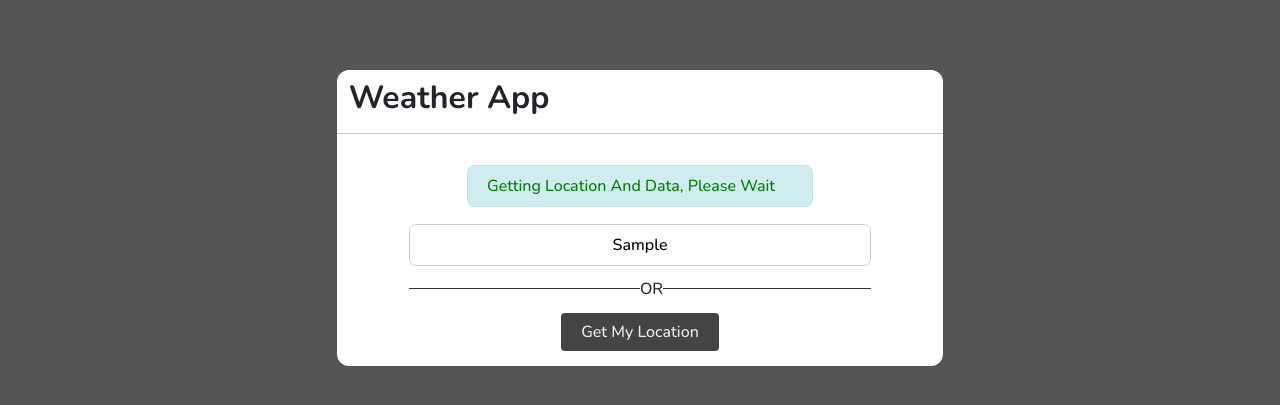
Repository: youssef168/Weather-App
Page: index.htm
The author's editor kept a copy of each file at every save. The page is drawn from the files as they stood at one save, then again after the next save.
The browser window is 1280 px wide. The pictures show the whole page.
Empty fields were first filled with sample values (such as "Sample", 5 or name@example.com).
After loading, the first visible `input.input-super` was changed once.
The page's requests for data from a server got no answer.

Above is the page before, as saved 2021-12-28 22:58:27.

### index.htm
<!DOCTYPE html>
<html lang="en">
<head>
    <meta charset="UTF-8">
    <meta http-equiv="X-UA-Compatible" content="IE=edge">
    <meta name="viewport" content="width=device-width, initial-scale=1.0">
    <link href="https://cdn.jsdelivr.net/npm/bootstrap@5.1.3/dist/css/bootstrap.min.css" rel="stylesheet" integrity="sha384-1BmE4kWBq78iYhFldvKuhfTAU6auU8tT94WrHftjDbrCEXSU1oBoqyl2QvZ6jIW3" crossorigin="anonymous">
    <link rel="preconnect" href="https://fonts.googleapis.com">
    <link rel="preconnect" href="https://fonts.gstatic.com" crossorigin>
    <link href="https://fonts.googleapis.com/css2?family=Nunito:ital,wght@0,300;0,500;0,600;0,700;0,900;1,200;1,300;1,400;1,500;1,700&family=Work+Sans:ital,wght@1,400;1,600&display=swap" rel="stylesheet">
    <link rel="stylesheet" href="./style.css">
    <link href='https://unpkg.com/boxicons@2.1.1/css/boxicons.min.css' rel='stylesheet'>

    <title>Document</title>
</head>
<body>
    <div class="container">
        <div class='row super'>
            <h2>Weather App</h2>
            <hr>
          <div id="Special" class='col '>
              <div class="wearher-img">
                  <img class="w-100" src="./Umbrella-rafiki.svg" alt="">
              </div>
              <div class="weather-details">
                  <span class="degree">18</span>
                  <span class="sign">°</span>
                  <span class="sign-2">
                    C
                  </span>
                  <h4>Broken Cold</h4>
              </div>
              <div class="location">
                <i class='bx bx-map-alt'></i>
                <span>Shubra,Cairo</span>
              </div>
              <div class="detail-box">
                  <div class="column fellLike">
                      <i class='bx bxs-thermometer'></i>
                      <div class="innerFeild "></
                        <span class="degree-2">18°C</span>

                        <div>Feels like</div>
                    </div>
                  </div>
                  <div class="column Humidity">
                    <i class='bx bxs-droplet'></i>
                    <div class="innerFeild">
                        <span class="degree-2">
                            63%</span>
                            <h6>Humidity</h6>
                    </div>
                  </div>
              </div>
            </div>
            <div class="col super-x active">
                <div class="wating ">
                    Wating
                </div>
                <div class="faild">
                    Faild
                </div>
                <div class="input">
                    <input class="input-super" type="text" placeholder="Enter Your City Name">
                </div>
                <div class="bot-button mt-4">
                    <button class="btn">Get My Location</button>
                </div>
            </div>
        </div>
    </div>


    <script src="./script.js"></script>
    <script src="https://cdn.jsdelivr.net/npm/bootstrap@5.1.3/dist/js/bootstrap.bundle.min.js" integrity="sha384-ka7Sk0Gln4gmtz2MlQnikT1wXgYsOg+OMhuP+IlRH9sENBO0LRn5q+8nbTov4+1p" crossorigin="anonymous"></script>
</body>
</html>

### style.css
/* Start Global Rules */
body {
    font-family: 'Nunito', sans-serif;
    background: #555

}



.super {
    margin: auto;
    margin-top: 70px;
    width: fit-content;
    background: #fff;
    border-radius: 12px;
    /* background-image: url('./blob.svg');
    background-repeat: no-repeat;
    background-size: covere; */
}

/* end Global Rules */

h2 {
    font-weight: bold !important;
    /* font-size: 3.6rem !important; */
    line-height: 55px ;
}

.container {
    padding: 0;
}

.wearher-img {
    width: 330px;
}

.col {
    padding: 15px;
    display: flex ;
    flex-direction: column;
    justify-content: center;
    align-items: center;
    display: none;
}

.col.active {
    display: flex;
}

/* .col.active .super-x {
    display: none;
} */



.weather-details {
    font-size: 60px;
    font-weight: bold;
}

.sign {
    margin-left: -5px;
}

.weatherStatus {
    font-weight: bolder;
    font-size: 1.8rem;
    text-align: center;
    margin: auto;
}

.location {
    font-size: 1.4rem;
    display: flex;
    align-items: center;
    background-color: #407BFF;
    padding: 5px 13px;
    color: #fff;
    border-radius: 8px;
    justify-content:center;
    margin-bottom: 15px;
}

.location .bx-map-alt {
    margin-right: 8px;
}

.detail-box {
    display: flex;
    border-top: 1px solid #ccc;
    width: 100%;
    justify-content: space-between;
}

.detail-box .column {
    width: 100%;
    display: flex;
    justify-content: center;
    padding: 16px 0 0;
}

.innerFeild {
    display: flex;
    flex-direction: column;
}

.column i {
    margin-top: 5px;
    font-size: 40px;
}

.super-x {
    padding: 15px;
    display: flex ;
    flex-direction: column;
    justify-content: center;
    align-items: center;
}


.input-super {
    padding: 8px 30px;
    text-align: center;
    outline: none;
    border: 1px solid #ccc;
    border-radius: 7px;
    width: 100%;
    margin-bottom: 22px;
}

.input {
    border-bottom: 1px solid #333;
    width: 80%;
    position: relative;
}

.input::after {
    content: "OR";
    position: absolute;
    bottom: -12.5px;
    left: 50%;
    background: #fff
}

.bot-button button {
    background: #444;
    color: #eee;
    padding: 6px 19px !important;
    transition: 0.5s;
}

.bot-button button:hover {
    background: transparent;
    border: 1px solid #444;
}

.super-x.active {
    display: flex;
}
.super-x {
    display: none;
}

.wating.active {
    background: #D1ECF1;
    color: green;
    width: 60%;
    text-align: center;
    margin-bottom: 17px;
    padding: 8px 19px;
    border-radius: 7px;
    border: 1px solid #BEE5EB;
    display: flex;
}

.wating {
    display: none;
}

.faild.active {
    background: #F8D7DA;
    color: red;
    margin-bottom: 17px;
    width: 70%;
    text-align: center;
    padding: 6px 18px;
    border-radius: 8px;
    border: 1px solid #F5C6CB;
}

.faild {
    display: none;
}

### script.js
let mainCol = document.getElementById('Special'),
SecCol = document.querySelector('super-x')
let btn = document.querySelector('button')
let WatingMsg = document.querySelector('.wating')
let FaildMsg = document.querySelector('.faild')
let inputFiled = document.querySelector('input')


inputFiled.addEventListener('keyup', e => {
    if (e.code = 'Enter' && inputFiled.value !== '') {
        requestApi(inputFiled.value)
    }
})

function requestApi(City) {
    let APIKEY = 'c191c78554f244c610917b056757a1a6';
    const api = `https://api.openweathermap.org/data/2.5/weather?q=${City}&appid=${APIKEY}`;

    WatingMsg.innerText = 'Getting Location And Data, Please Wait'
    WatingMsg.classList.add('active')
    fetch(api).then(res => res.json()).then(results => getWeatherResults(results))
}


function getWeatherResults(info) {
    console.log(info)
}

After the next save:
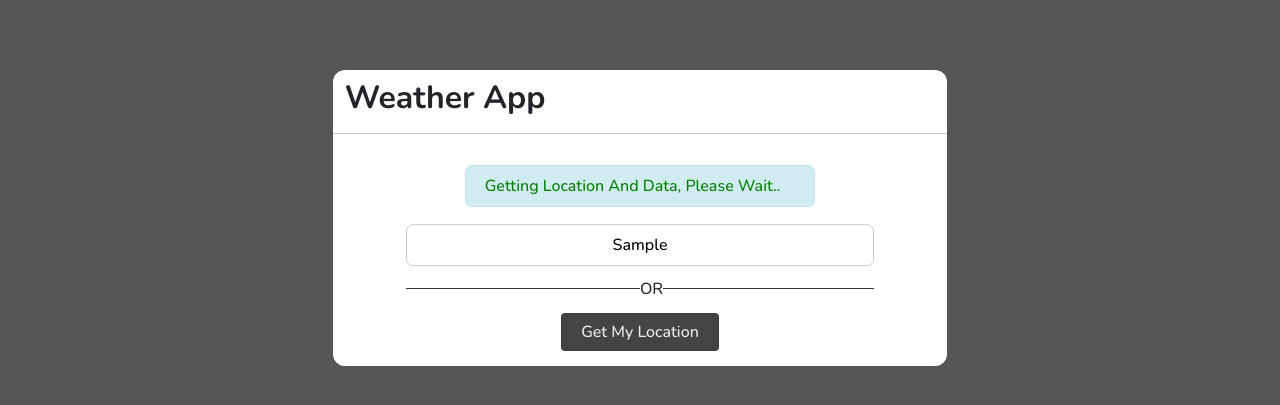
Saved 18 s later.
--- a/script.js
+++ b/script.js
@@ -16,7 +16,7 @@ function requestApi(City) {
     let APIKEY = 'c191c78554f244c610917b056757a1a6';
     const api = `https://api.openweathermap.org/data/2.5/weather?q=${City}&appid=${APIKEY}`;
 
-    WatingMsg.innerText = 'Getting Location And Data, Please Wait'
+    WatingMsg.innerText = 'Getting Location And Data, Please Wait..'
     WatingMsg.classList.add('active')
     fetch(api).then(res => res.json()).then(results => getWeatherResults(results))
 }
